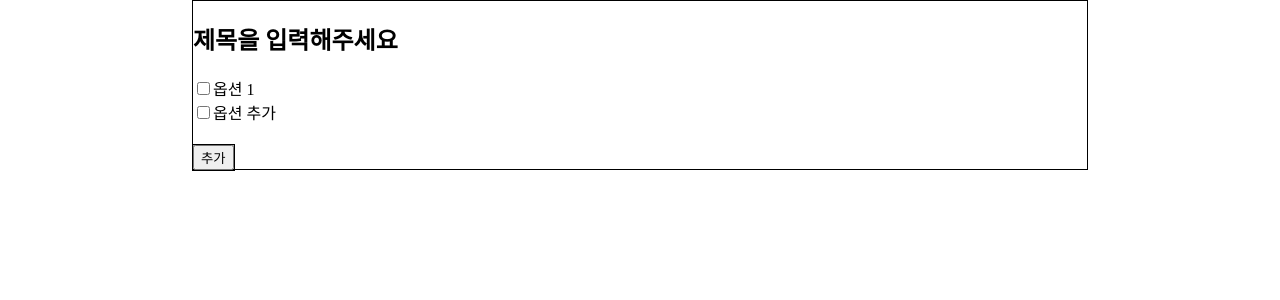
Repository: binigy97/VoteStie
Page: voteWeb/src/main/resources/static/index.html
The author's editor kept a copy of each file at every save. The page is drawn from the files as they stood at one save, then again after the next save.
The browser window is 1280 px wide. The pictures show the whole page.

Above is the page before, as saved 2022-02-23 22:04:24.

After the next save:
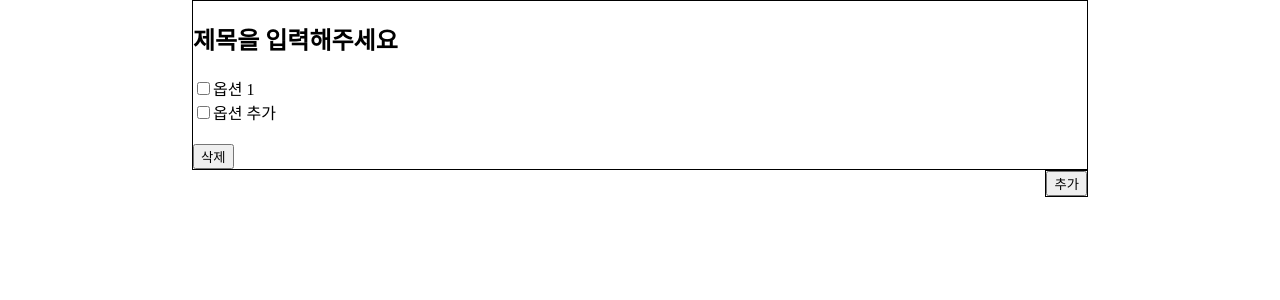
Saved 14 s later.
--- a/voteWeb/src/main/resources/static/index.html
+++ b/voteWeb/src/main/resources/static/index.html
@@ -14,8 +14,8 @@ article {
 }
 article:last-child {
 	float: right;
-	position: absolute;
-	top: 20%;
+	/* position: absolute;
+	top: 20%; */
 }
 div > label {
 	display: block;
